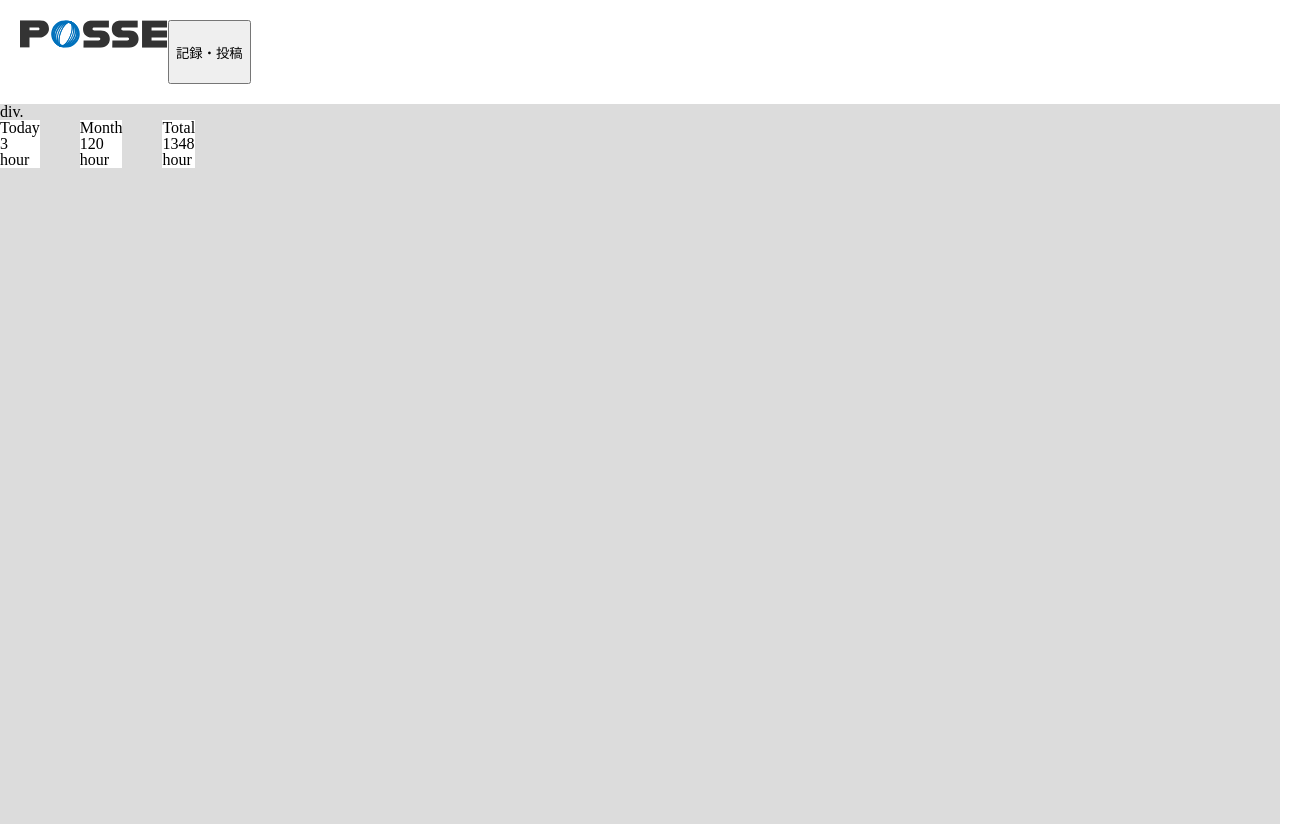
Repository: posse-ap/gen3.0-minorrrrr0417
Page: webapp-ph1/toppage/index.html
These files come from the project's save history. The page is drawn as it stood at one moment and after a run of saves; the edit follows.
The browser window is 1280 px wide. The page is 1300 px wide, so the pictures cover 1300 px, including what lies to the right of the window. The pictures show the whole page.

Above is the page before, as saved 2022-10-08 15:55:07.

### webapp-ph1/toppage/index.html
<!DOCTYPE html>
<html lang="ja">
<head>
  <meta charset="UTF-8">
  <meta http-equiv="X-UA-Compatible" content="IE=edge">
  <meta name="viewport" content="width=device-width, initial-scale=1.0">
  <link rel="stylesheet" href="/toppage/reset.css">
  <link rel="stylesheet" href="/toppage/style.css">
  <title>Document</title>
</head>
<body>
  <header class="header_area">
    <div class="header_logo"><img src="/toppage/img/logo.svg" alt="POSSE"></div>
    <button class="header_button">記録・投稿</button>
  </header>
  <main class="contents_wrapper">
    div.
    <div class="left_area">
      <ul class="top_data_wrapper">
        <li class="top_data_box">
          <div class="data_name">Today</div>
          <div class="data_number">3</div>
          <div class="data_unit">hour</div>
        </li>
        <li class="top_data_box">
          <div class="data_name">Month</div>
          <div class="data_number">120</div>
          <div class="data_unit">hour</div>
        </li>
        <li class="top_data_box">
          <div class="data_name">Total</div>
          <div class="data_number">1348</div>
          <div class="data_unit">hour</div>
        </li>
      </ul>
    </div>
    <div class="right_area">
    </div>
  </main>
</body>
</html>

### webapp-ph1/toppage/reset.css
html, body, div, span, object, iframe,
h1, h2, h3, h4, h5, h6, p, blockquote, pre,
abbr, address, cite, code,
del, dfn, em, img, ins, kbd, q, samp,
small, strong, sub, sup, var,
b, i, main,
dl, dt, dd, ol, ul, li,
fieldset, form, label, legend,
table, caption, tbody, tfoot, thead, tr, th, td,
article, aside, canvas, details, figcaption, figure,
footer, header, hgroup, menu, nav, section, summary,
time, mark, audio, video {
  margin:0;
  padding:0;
  border:0;
  outline:0;
  font-size:100%;
  vertical-align:baseline;
  background:transparent;
}

body {
  line-height:1;
}

article,aside,details,figcaption,figure,
footer,header,hgroup,menu,nav,section {
  display:block;
}

nav ul {
  list-style:none;
}

blockquote, q {
  quotes:none;
}

blockquote:before, blockquote:after,
q:before, q:after {
  content:'';
  content:none;
}

a {
  margin:0;
  padding:0;
}

### webapp-ph1/toppage/style.css
.header_area{
  display: flex;
  width: 100vw;
  height: 64px;
  margin: 20px;
}
.contents_wrapper{
  background-color:#dcdcdc;
  height: 100vh;
}
.top_data_wrapper{
  list-style: none;
  display: flex;
  gap:40px;
  /* flex-direction: space-between; */
}
.top_data_box{
background-color: #ffffff;
}

### webapp-ph1/toppage/img/logo.svg
<svg width="148" height="28" viewBox="0 0 148 28" fill="none" xmlns="http://www.w3.org/2000/svg">
<g clip-path="url(#clip0_2_296)">
<path d="M28.9768 8.98757C28.9768 13.7714 24.3843 17.5533 19.3035 17.5533H9.5096V27.5994H0V0.344727H19.71C25.4815 0.344727 28.9768 3.53397 28.9768 8.98225V8.98757ZM19.4672 8.90518C19.4672 7.97498 18.8167 7.54178 17.922 7.54178H9.5096V10.3457H17.922C18.8167 10.3457 19.4672 9.76096 19.4672 8.90518" fill="#333333"/>
<path d="M45.4771 2.30614C47.8913 2.30614 50.2512 2.99197 52.2585 4.27691C54.2657 5.56185 55.8302 7.38819 56.754 9.52496C57.6779 11.6617 57.9196 14.013 57.4486 16.2814C56.9777 18.5498 55.8152 20.6334 54.1081 22.2688C52.4011 23.9043 50.2262 25.018 47.8584 25.4692C45.4907 25.9204 43.0365 25.6888 40.8061 24.8038C38.5757 23.9187 36.6694 22.4198 35.3282 20.4968C33.987 18.5737 33.2711 16.3128 33.2711 14C33.2748 10.8997 34.562 7.92735 36.8502 5.73508C39.1385 3.54282 42.241 2.30966 45.4771 2.30614V2.30614ZM45.4771 0.312866C42.6515 0.312866 39.8894 1.1156 37.5399 2.61957C35.1905 4.12353 33.3594 6.26117 32.2781 8.76217C31.1967 11.2632 30.9138 14.0152 31.4651 16.6702C32.0163 19.3253 33.377 21.7641 35.375 23.6783C37.373 25.5925 39.9186 26.8961 42.69 27.4242C45.4613 27.9523 48.3339 27.6812 50.9444 26.6453C53.5549 25.6093 55.7862 23.855 57.356 21.6042C58.9258 19.3533 59.7637 16.7071 59.7637 14C59.7637 10.37 58.2585 6.88858 55.5793 4.32174C52.9 1.7549 49.2662 0.312866 45.4771 0.312866" fill="#0071BC"/>
<path d="M45.4951 25.1756C39.5197 25.9809 34.6678 21.609 34.6761 15.4298C34.6845 9.25069 39.5585 3.56986 45.5339 2.76591C51.5093 1.96195 56.3612 6.33254 56.3529 12.5117C56.3446 18.6908 51.4705 24.3717 45.4951 25.1756ZM45.5423 0.849704C38.5349 1.79319 32.8439 8.43345 32.83 15.6783C32.8161 22.9232 38.4836 28.0366 45.4909 27.0918C52.4983 26.147 58.1907 19.5081 58.206 12.2619C58.2213 5.01565 52.5496 -0.096437 45.5423 0.849704" fill="#0071BC"/>
<path d="M45.4951 25.1756C39.5197 25.9809 34.6678 21.609 34.6761 15.4298C34.6845 9.25069 39.5585 3.56986 45.5339 2.76591C51.5093 1.96195 56.3612 6.33254 56.3529 12.5117C56.3446 18.6908 51.4705 24.3717 45.4951 25.1756ZM45.5423 0.849704C38.5349 1.79319 32.8439 8.43345 32.83 15.6783C32.8161 22.9232 38.4836 28.0366 45.4909 27.0918C52.4983 26.147 58.1907 19.5081 58.206 12.2619C58.2213 5.01565 52.5496 -0.096437 45.5423 0.849704" fill="#0071BC"/>
<path d="M43.9694 25.0321C39.5087 25.6328 36.1894 22.0887 36.3753 16.6033C36.5778 10.642 40.8444 4.61173 45.8877 3.16062C46.2751 3.04753 46.6712 2.96356 47.0722 2.90947C51.533 2.3075 54.8522 5.85287 54.6677 11.3384C54.4652 17.2996 50.1973 23.3299 45.1553 24.781C44.7673 24.8935 44.3708 24.9774 43.9694 25.0321V25.0321ZM47.3372 1.01586C46.9041 1.07613 46.4759 1.16493 46.0555 1.28163L45.8322 1.34541C39.9678 3.10348 35.0437 10.1065 34.8149 17.0524C34.5957 23.4854 38.4739 27.6287 43.7003 26.9258C44.1377 26.8667 44.5702 26.7779 44.9944 26.66L45.19 26.6042C51.0614 24.8528 55.9951 17.8431 56.2309 10.8919C56.4501 4.45891 52.5719 0.315557 47.3441 1.01852" fill="#0071BC"/>
<path d="M43.0318 25.0588C39.8166 25.492 37.6722 22.5007 38.0384 17.572C38.4712 11.7902 42.1995 5.49411 46.3607 3.54203C46.6731 3.3927 46.9979 3.26825 47.3316 3.16995C47.5927 3.09263 47.8599 3.03574 48.1306 2.99986C51.3444 2.56665 53.4901 5.55922 53.1239 10.4866C52.6912 16.2698 48.9628 22.5645 44.8016 24.5166C44.4892 24.6659 44.1645 24.7904 43.8307 24.8887C43.5728 24.9655 43.3089 25.0224 43.0415 25.0588H43.0318ZM48.5647 1.11156C48.251 1.15542 47.9413 1.22206 47.6382 1.31089C47.275 1.41927 46.9204 1.5525 46.5771 1.70954L46.4453 1.772L46.4092 1.78928C41.5698 4.12539 37.2547 11.4341 36.7526 18.1766C36.3198 23.9545 38.8249 27.4533 42.5907 26.9471C42.9045 26.9043 43.2143 26.8381 43.5172 26.7491C43.8728 26.6428 44.22 26.5122 44.5561 26.3584L44.6158 26.3305L44.7545 26.2667C49.5911 23.9266 53.909 16.6206 54.4056 9.88064C54.8397 4.1028 52.3333 0.605271 48.5689 1.11023" fill="#0071BC"/>
<path d="M42.5061 25.084C40.3243 25.3816 39.1147 22.7412 39.6834 18.2351C40.4005 12.5848 43.6546 6.09869 46.9377 3.78251C47.1783 3.60927 47.4334 3.45548 47.7006 3.32273C47.8965 3.2232 48.1012 3.14049 48.3123 3.07556C48.4625 3.02941 48.6165 2.99563 48.7728 2.97457C50.9532 2.67956 52.1655 5.316 51.5982 9.82479C50.8811 15.4751 47.6271 21.9598 44.3425 24.2774C44.102 24.4506 43.8468 24.6044 43.5797 24.7371C43.3844 24.8357 43.1807 24.9179 42.9707 24.983C42.82 25.0288 42.6655 25.0626 42.5089 25.084H42.5061ZM49.3137 1.08229C49.1301 1.10683 48.9491 1.14685 48.7728 1.20188C48.5258 1.2771 48.2863 1.37316 48.057 1.48891C47.7735 1.63187 47.501 1.79396 47.2415 1.97394L47.161 2.03109L47.093 2.07892C43.2648 4.83894 39.5003 12.3669 38.6667 18.9553C37.9954 24.2388 39.4116 27.3271 41.9637 26.9802C42.1479 26.9558 42.3294 26.9158 42.5061 26.8606C42.7529 26.7852 42.9924 26.6891 43.2218 26.5736C43.5113 26.4283 43.7895 26.2631 44.054 26.0793L44.1927 25.9836C48.0196 23.2236 51.784 15.6956 52.6204 9.10721C53.2904 3.82503 51.8742 0.735457 49.3206 1.08362" fill="#0071BC"/>
<path d="M42.4742 25.0561C40.2938 25.3497 39.0815 22.712 39.6516 18.2058C40.3687 12.5543 43.6241 6.0708 46.9072 3.75328C47.1484 3.58057 47.4035 3.42639 47.6701 3.29217C47.8664 3.19425 48.071 3.11245 48.2818 3.04766C48.4319 3.00076 48.586 2.96653 48.7423 2.94534C50.9227 2.65831 52.135 5.28943 51.5649 9.79689C50.8464 15.4485 47.5924 21.9306 44.3093 24.2481C44.0681 24.4208 43.813 24.575 43.5464 24.7092C43.3502 24.8074 43.1456 24.8892 42.9347 24.9537C42.7845 25.0002 42.6304 25.0344 42.4742 25.0561V25.0561ZM49.2818 1.05173C49.0989 1.07741 48.9184 1.11741 48.7423 1.17133C48.4951 1.24869 48.2552 1.34604 48.0252 1.46235C47.7417 1.6053 47.4691 1.76739 47.2096 1.94738L47.1721 1.97395L47.057 2.05634C43.2302 4.81769 39.4699 12.3416 38.6349 18.9327C37.9649 24.2162 39.3811 27.3045 41.9347 26.9577C42.1176 26.932 42.2981 26.892 42.4742 26.8381C42.721 26.7618 42.9604 26.6653 43.1899 26.5497C43.4793 26.4037 43.7574 26.238 44.0222 26.054L44.1498 25.9637C47.9794 23.2063 51.7466 15.677 52.5816 9.08728C53.253 3.80245 51.8354 0.715532 49.2818 1.06103" fill="#0071BC"/>
<path d="M63.5962 20.4463H78.4376C79.697 20.4463 80.3073 19.9015 80.3073 19.0058C80.3073 18.1487 79.697 17.6039 78.396 17.6039H71.6438C66.889 17.6039 63.0275 14.4891 63.0275 8.99961C63.0275 2.69156 67.5381 0.399292 72.0904 0.399292H88.9098V7.59767H74.4068C73.3097 7.59767 72.5371 7.98702 72.5371 8.95974C72.5371 9.97233 73.3097 10.4002 74.4068 10.4002H80.747C86.1926 10.4002 89.81 13.4765 89.81 18.966C89.81 24.1485 85.7459 27.6487 80.4627 27.6487H63.4741L63.5962 20.4463Z" fill="#333333"/>
<path d="M92.3774 20.4463H107.204C108.463 20.4463 109.073 19.9014 109.073 19.0058C109.073 18.1487 108.463 17.6039 107.163 17.6039H100.422C95.6674 17.6039 91.8059 14.489 91.8059 8.99955C91.8059 2.6915 96.318 0.393921 100.869 0.393921H117.694V7.59761H103.18C102.083 7.59761 101.311 7.98697 101.311 8.95968C101.311 9.97227 102.083 10.4002 103.18 10.4002H109.52C114.965 10.4002 118.583 13.4764 118.583 18.9659C118.583 24.1484 114.519 27.6486 109.236 27.6486H92.2484L92.3774 20.4463Z" fill="#333333"/>
<path d="M131.546 7.55775V10.4002H147.153V17.6038H131.546V20.4848H147.153V27.6486H122.037V0.393921H147.153V7.55775H131.546Z" fill="#333333"/>
</g>
<defs>
<clipPath id="clip0_2_296">
<rect width="147.153" height="27.3743" fill="white" transform="translate(0 0.312866)"/>
</clipPath>
</defs>
</svg>

After the next 3 saves:
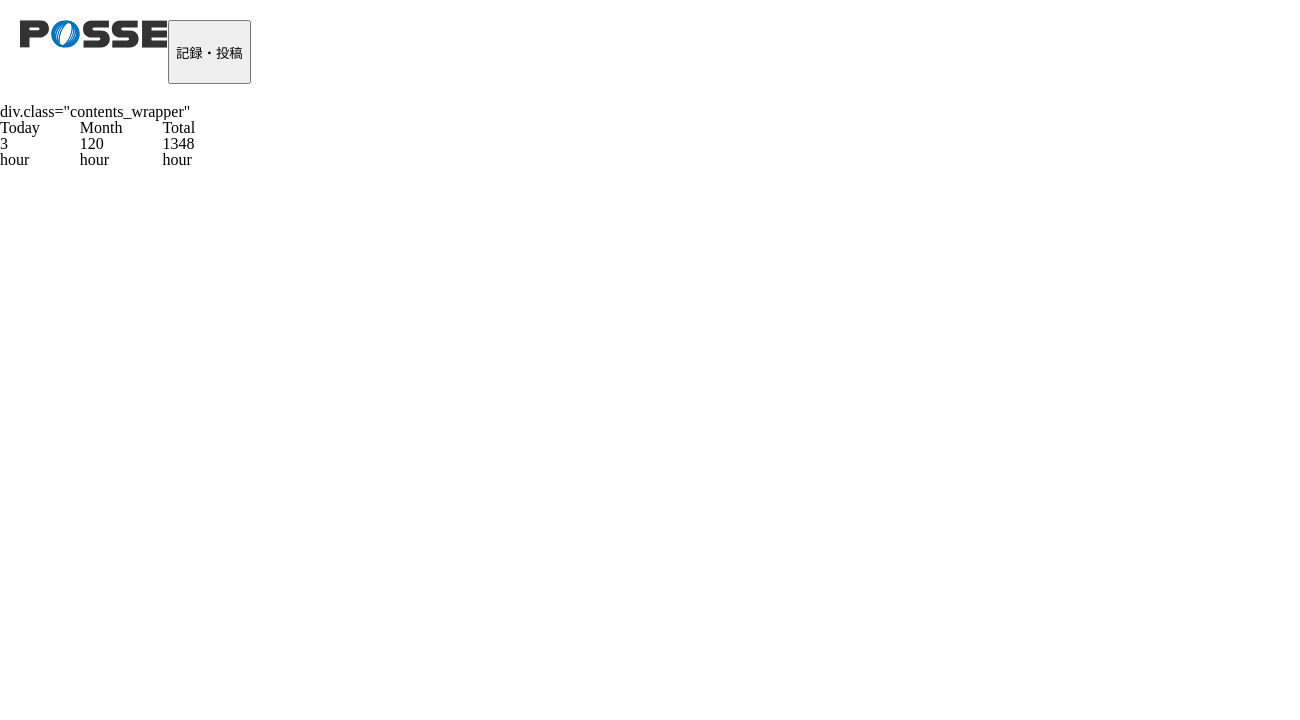
The 3 saves are shown as one change because they came seconds apart.
The last was saved 20 s later.
--- a/webapp-ph1/toppage/index.html
+++ b/webapp-ph1/toppage/index.html
@@ -13,8 +13,9 @@
     <div class="header_logo"><img src="/toppage/img/logo.svg" alt="POSSE"></div>
     <button class="header_button">記録・投稿</button>
   </header>
-  <main class="contents_wrapper">
-    div.
+  <main >
+    div.class="contents_wrapper"
+
     <div class="left_area">
       <ul class="top_data_wrapper">
         <li class="top_data_box">
